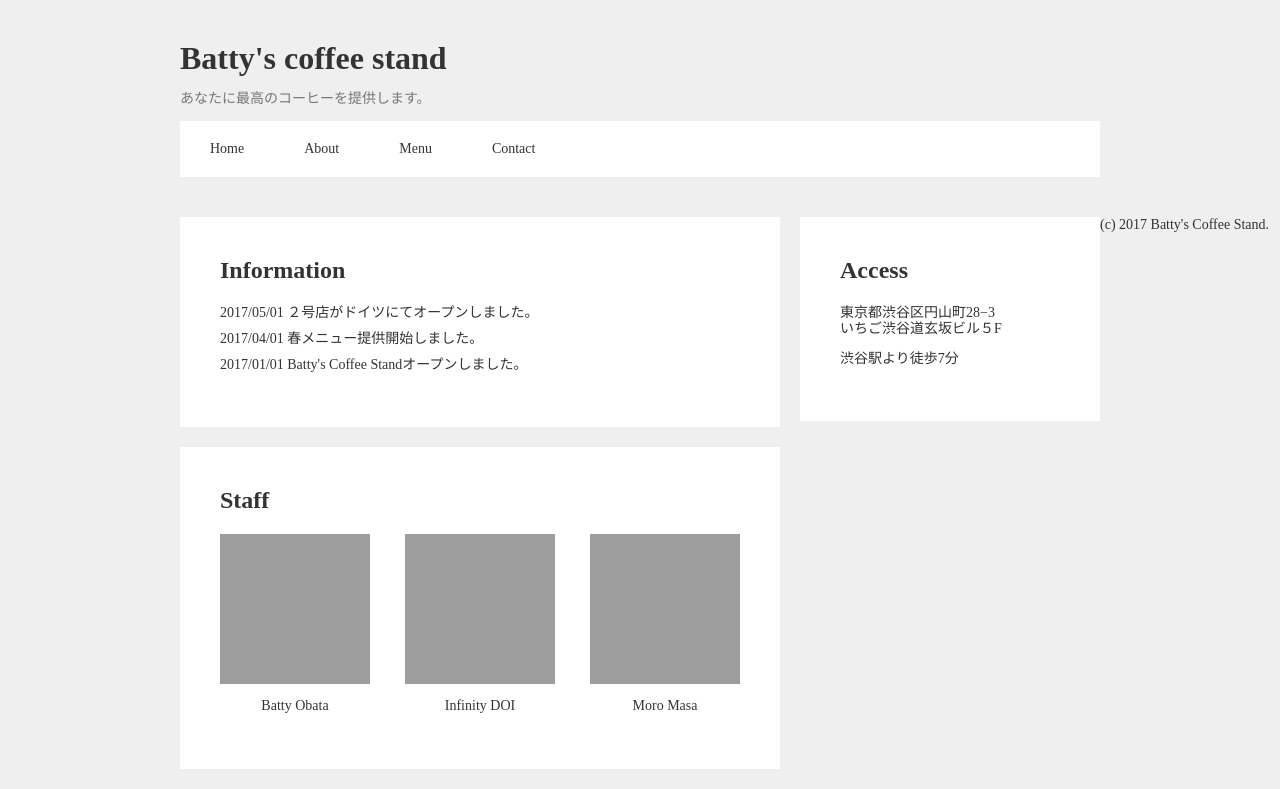
Repository: Black-Holy/rails-06
Page: html/batty_coffee_stand/index.html
The author's editor kept a record of every edit. The page is drawn from the files as they stood at one moment, then again after the next edit.
The browser window is 1280 px wide. The pictures show the whole page.
Pictures or frames that could not be fetched are drawn as grey boxes.

Above is the page before.

### html/batty_coffee_stand/index.html
<!DODTYPE HTML>
<html>
  <head>
    <meta charset="UTF-8">
    <title>Batty's Coffee Stand</title>
    <link rel="stylesheet" href="css/normalize.css">
    <link rel="stylesheet" href="css/style.css">
  </head>
  <body>
  <div class="container">
    <div class="header-title-area">
      <h1 class="logo">Batty's coffee stand</h1>
      <p class="text-sub">あなたに最高のコーヒーを提供します。</p>
        <ul class="header-navigation">
          <li><a href="#">Home</a></li>
          <li><a href="#">About</a></li>
          <li><a href="#">Menu</a></li>
          <li><a href="#">Contact</a></li>
        </ul>
    </div>
  </div>
  <header>
  <div class="main">
    <div class="container">
      <div class="left-contents">
        <div class="card-contents">
          <h2 class="text-title">Information</h2>
          <ul class="information-list">
            <li>2017/05/01 ２号店がドイツにてオープンしました。</li>
            <li>2017/04/01 春メニュー提供開始しました。</li>
            <li>2017/01/01 Batty's Coffee Standオープンしました。</li>
          </ul>
        </div>
        <div class="card-contents">
          <h2 class="text-title">Staff</h2>
          <div class="staff-list-area">
            <div class="staff-list">
              <img src="./staff_01.jpg" class="staff-image">
              <p class="staff-name">Batty Obata</p>
            </div>
            <div class="staff-list">
              <img src="./staff_02.jpg" class="staff-image">
              <p class="staff-name">Infinity DOI</p>
            </div>
            <div class="staff-list">
              <img src="./staff_03.jpg" class="staff-image">
              <p Class="staff-name">Moro Masa</p>
            </div>
          </div>
        </div>
      </div>
      <div class="right-contents">
        <div class="card-contents">
          <h2 class="text-title">Access</h2>
          <P>東京都渋谷区円山町28−3<br>いちご渋谷道玄坂ビル５F</P>
          <p>渋谷駅より徒歩7分</p>
        </div>
      </div>
    </div>
  </div>
  </header>
  </body>
  <footer>
    <p class="copyright">(c) 2017 Batty's Coffee Stand.</p>
  </footer>
</html>

### html/batty_coffee_stand/css/style.css
body {
  background-color: #efefef;
  font-size: 14px;
  color: #333;
  margin: 0;
}

h1,h2,h3,h4,h5 {
  margin: 0 0 10px 0;
  padding: 0;
}

header {
  margin-top: 20px;
}

.container {
  width: 920px;
  margin: 0 auto 40px auto;
}

.header-title-area {
  margin-top:  40px;
  margin-bottom: 30px;
}

.logo {
  font-size: 32px;
}
.text-sub {
  color: #777;
}

.header-navigation {
  width: 100%;
  background-color: #fff;
  padding: 20px 0;
}

.header-navigation:after {
  clear: both;
  display: block;
  content: " ";
}

.header-navigation li {
  float: left;
  padding: 0 30px;
  text-align: center;
  list-style-type: none;
}

.header-navigation li a {
  color: #333;
  text-decoration: none;
}
.text-title {
  font-size: 24px;
  font-weight: bold;
  margin-top: 0;
  margin-bottom: 20px;
}

.card-contents {
  padding: 40px;
  display: block;
  margin-bottom: 20px;
  background-color: #fff;
}

.left-contents {
  width: 600px;
  margin-right: 20px;
  float: left;
}

.right-contents {
  width: 300px;
  float: left;
}

.information-list {
  list-style-type: none;
  padding-left: 0;
}

.information-list li {
  margin-bottom: 10px;
}

.staff-list-area:after {
  clear: both;
  display: block;
  content: " ";
}
.staff-list {
  width: 150px;
  margin-right: 35px;
  float: left;
}
.staff-list:last-child {
  margin-right: 0;
}
.staff-image {
  margin-bottom: 10px;
  width: 150px;
  height: 150px;
  display: block;
}
.staff-name {
  text-align: center;
}

Loaded but not shown: html/batty_coffee_stand/css/normalize.css (library)

After the next edit:
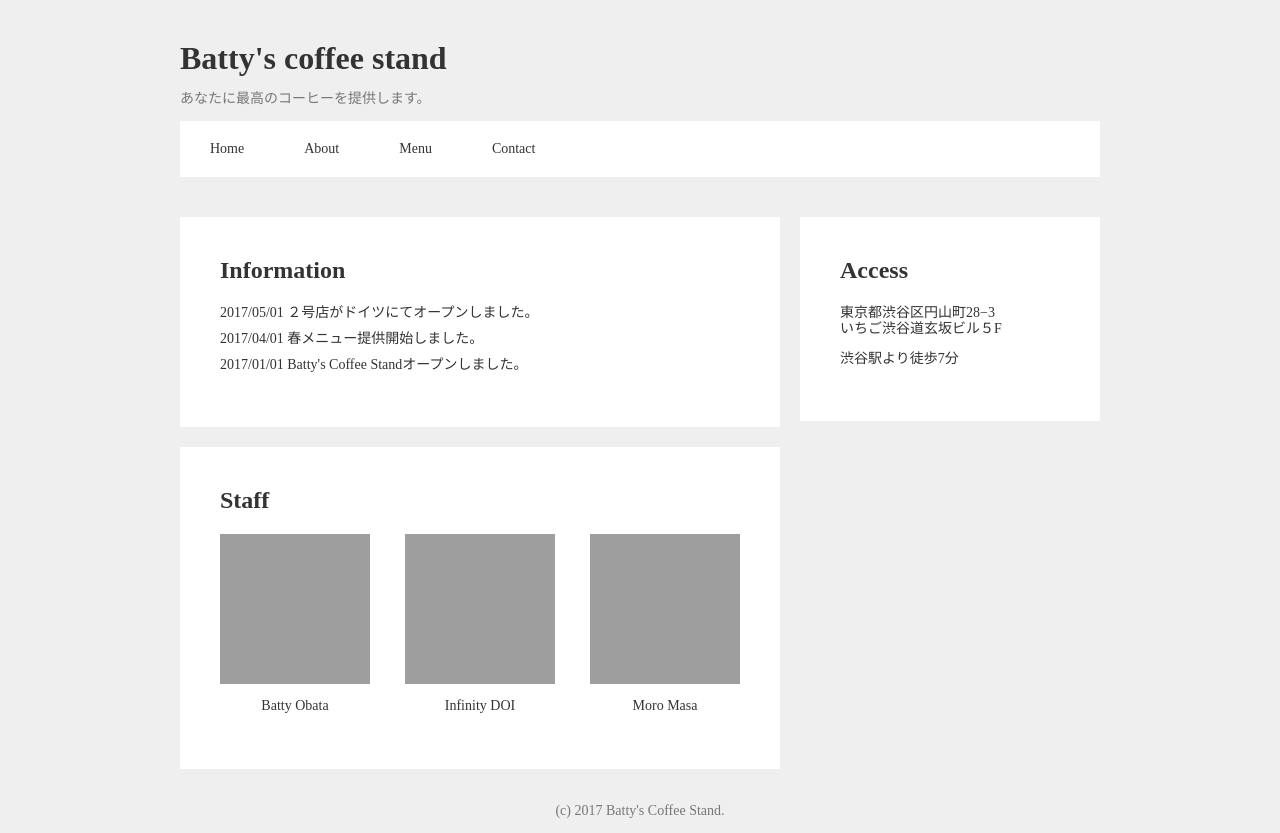
The edit:
--- a/html/batty_coffee_stand/css/style.css
+++ b/html/batty_coffee_stand/css/style.css
@@ -110,3 +110,14 @@
 .staff-name {
   text-align: center;
 }
+
+.copyright {
+  color: #777;
+  text-align: center;
+}
+
+.main:after {
+  clear: both;
+  display: block;
+  content: " ";
+}
